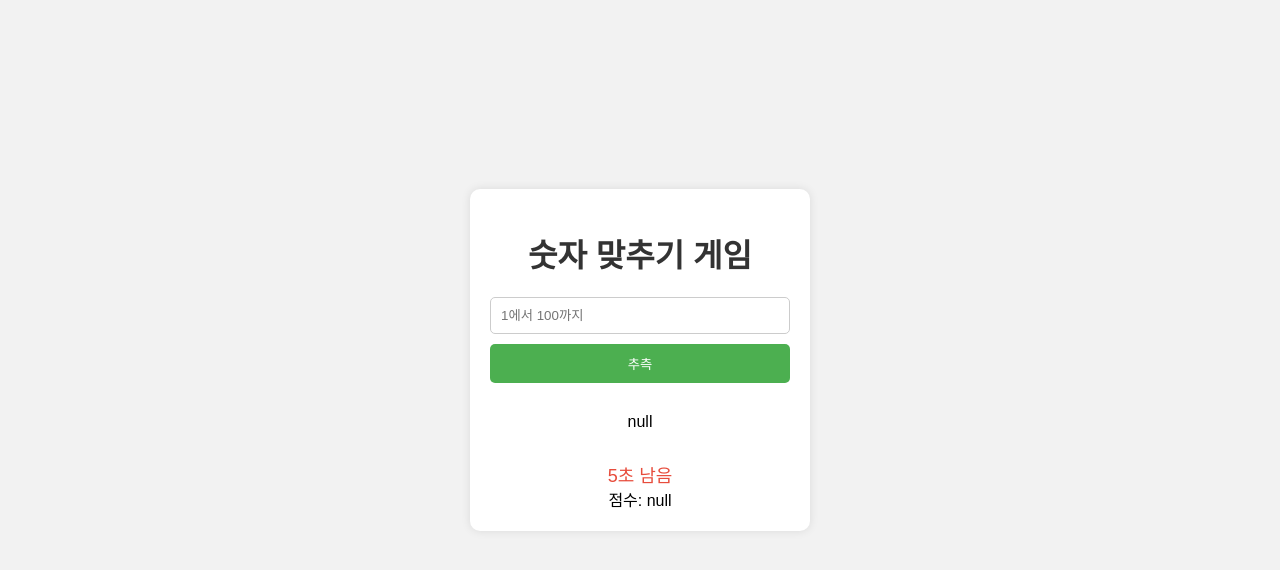
Repository: ksw824/MiniProject_SelectGame
Page: http://localhost/jwbook/miniProject/numberGuess.jsp
An editor plug-in stored every save of this project. The page is shown before and after the next save, followed by the edit.
The browser window is 1280 px wide. The pictures show the whole page.
The page is served by Tomcat 10. Other server files are loaded and not shown.

Above is the page before, as saved 2024-05-31 03:16:11.
Console error: TypeError: Cannot set properties of null (setting 'innerHTML')

### jwbook/src/main/webapp/miniProject/numberGuess.jsp
<%-- <%@ page contentType="text/html; charset=UTF-8" pageEncoding="UTF-8"%>
<!DOCTYPE html>
<html lang="ko">
<head>
    <meta charset="UTF-8">
    <title>숫자 맞추기 게임</title>
    <style>
        body {
            font-family: Arial, sans-serif;
            background-color: #f2f2f2;
            margin: 0;
            padding: 0;
            display: flex;
            justify-content: center;
            align-items: center;
            height: 100vh;
        }
        .container {
            background-color: #fff;
            border-radius: 10px;
            box-shadow: 0 0 10px rgba(0, 0, 0, 0.1);
            padding: 20px;
            text-align: center;
            width: 300px;
        }
        h1 {
            color: #333;
        }
        form {
            margin-top: 20px;
        }
        input[type="number"] {
            padding: 10px;
            width: calc(100% - 22px);
            margin-bottom: 10px;
            border: 1px solid #ccc;
            border-radius: 5px;
        }
        input[type="submit"] {
            background-color: #4CAF50;
            color: white;
            border: none;
            padding: 10px;
            border-radius: 5px;
            cursor: pointer;
            width: 100%;
        }
        input[type="submit"]:hover {
            background-color: #45a049;
        }
        .message {
            margin-top: 20px;
            padding: 10px;
            border-radius: 5px;
        }
        .high {
            background-color: #ffeb3b;
            color: #000;
        }
        .low {
            background-color: #03a9f4;
            color: #fff;
        }
        .correct {
            background-color: #4CAF50;
            color: white;
        }
    </style>
</head>
<body>
    <div class="container">
        <h1>숫자 맞추기 게임</h1>
        <form method="post" action="/jwbook/numberGuess">
            <input type="number" name="guess" placeholder="1에서 100까지" required>
            <input type="submit" value="추측">
        </form>
        <div class="message <%= request.getAttribute("messageClass") %>">
            <%= request.getAttribute("message") %>
        </div>
    </div>
</body>
</html>
 --%>


 <%@ page contentType="text/html; charset=UTF-8" pageEncoding="UTF-8"%>
<!DOCTYPE html>
<html lang="ko">
<head>
    <meta charset="UTF-8">
    <title>숫자 맞추기 게임</title>
    <style>
        body {
            font-family: Arial, sans-serif;
            background-color: #f2f2f2;
            margin: 0;
            padding: 0;
            display: flex;
            justify-content: center;
            align-items: center;
            height: 100vh;
        }
        .container {
            background-color: #fff;
            border-radius: 10px;
            box-shadow: 0 0 10px rgba(0, 0, 0, 0.1);
            padding: 20px;
            text-align: center;
            width: 300px;
        }
        h1 {
            color: #333;
        }
        form {
            margin-top: 20px;
        }
        input[type="number"] {
            padding: 10px;
            width: calc(100% - 22px);
            margin-bottom: 10px;
            border: 1px solid #ccc;
            border-radius: 5px;
        }
        input[type="submit"] {
            background-color: #4CAF50;
            color: white;
            border: none;
            padding: 10px;
            border-radius: 5px;
            cursor: pointer;
            width: 100%;
        }
        input[type="submit"]:hover {
            background-color: #45a049;
        }
        .message {
            margin-top: 20px;
            padding: 10px;
            border-radius: 5px;
        }
        .high {
            background-color: #ffeb3b;
            color: #000;
        }
        .low {
            background-color: #03a9f4;
            color: #fff;
        }
        .correct {
            background-color: #4CAF50;
            color: white;
        }
        .timer {
            margin-top: 20px;
            font-size: 18px;
            color: #e74c3c;
        }
    </style>
    <script>
        let timeLeft = 5;  // 제한 시간 60초
        const timerElement = document.getElementById('timer');

        function updateTimer() {
            if (timeLeft <= 0) {
                alert("시간 초과! 게임 오버!");
                document.getElementById("timeoutForm").submit();
            } else {
                timerElement.innerHTML = timeLeft + "초 남음";
                timeLeft--;
                setTimeout(updateTimer, 1000);
            }
        }

        window.onload = function() {
            setTimeout(updateTimer, 1000);
        };
    </script>
</head>
<body>
    <div class="container">
        <h1>숫자 맞추기 게임</h1>
        <form method="post" action="/jwbook/numberGuess">
            <input type="number" name="guess" placeholder="1에서 100까지" required>
            <input type="submit" value="추측">
        </form>
        <form id="timeoutForm" method="post" action="/jwbook/numberGuess">
            <input type="hidden" name="timeout" value="true">
        </form>
        <div class="message <%= request.getAttribute("messageClass") %>">
            <%= request.getAttribute("message") %>
        </div>
        <div id="timer" class="timer">5초 남음</div>
        <div>점수: <%= session.getAttribute("score") %></div>
    </div>
</body>
</html>

After the next save:
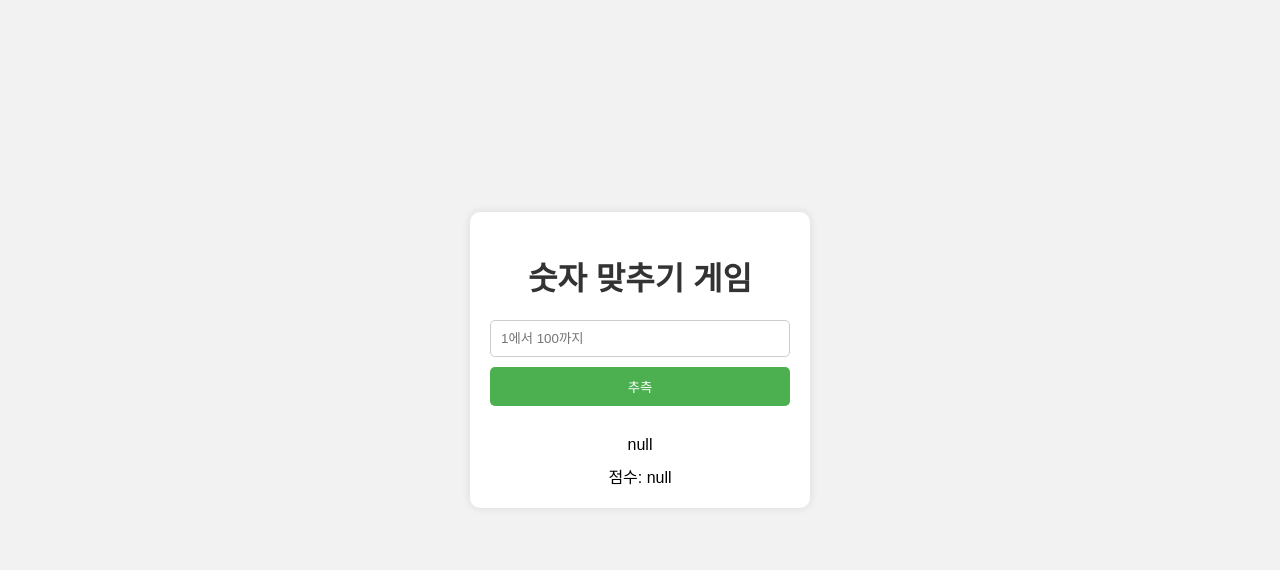
Saved 3 min 41 s later.
--- a/jwbook/src/main/webapp/miniProject/numberGuess.jsp
+++ b/jwbook/src/main/webapp/miniProject/numberGuess.jsp
@@ -189,7 +189,6 @@
         <div class="message <%= request.getAttribute("messageClass") %>">
             <%= request.getAttribute("message") %>
         </div>
-        <div id="timer" class="timer">5초 남음</div>
         <div>점수: <%= session.getAttribute("score") %></div>
     </div>
 </body>
